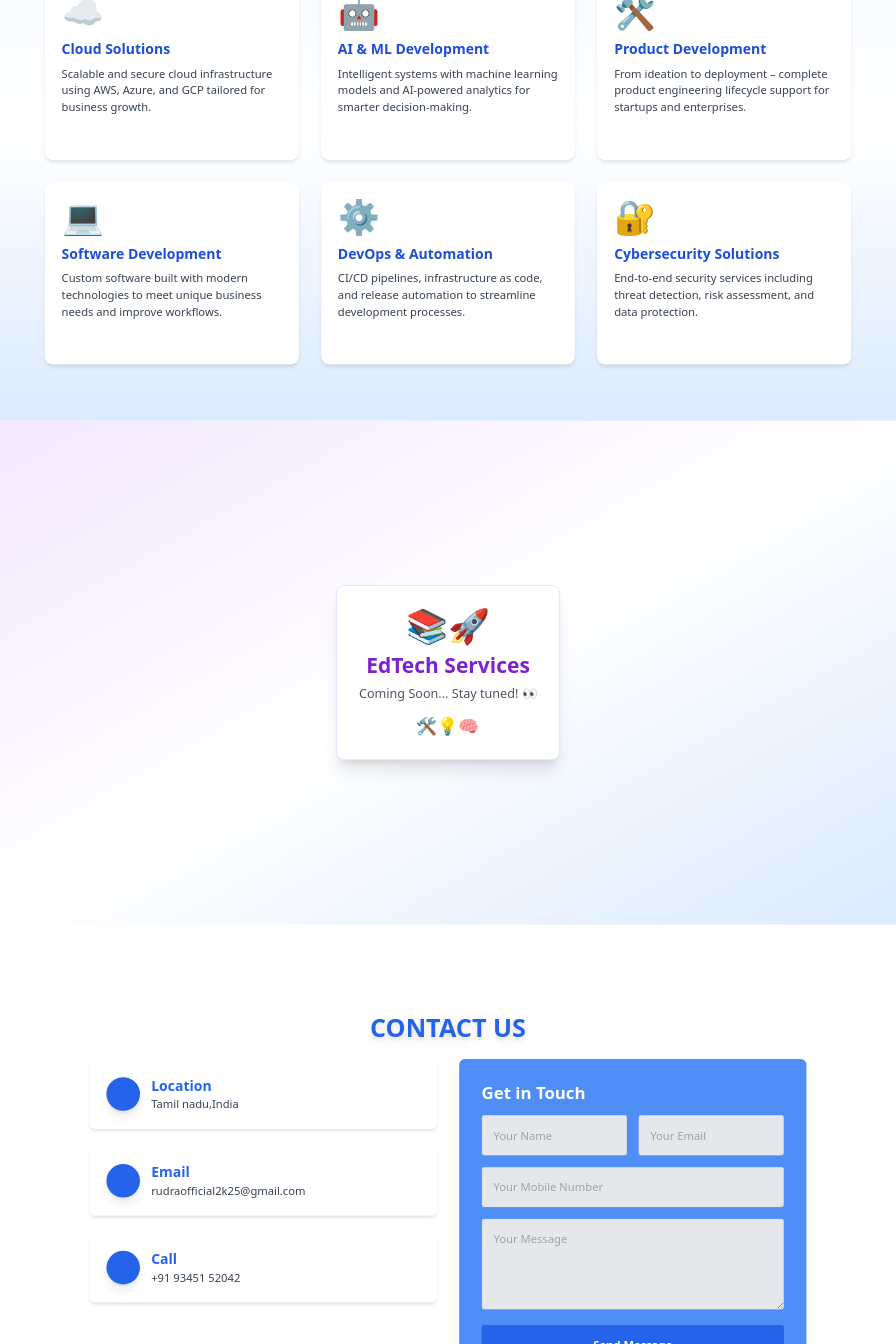
Repository: Rudra-Eswaran/Rudra_Official
Page: /
The author's editor kept a copy of each file at every save. The page is drawn from the files as they stood at one save, then again after the next save.
The browser window is 1280 px wide. The pictures show the part of the page from y = 2507 to 4427 px (the page is 4832 px tall), at 70% of full size.
Some web libraries are served in a nearby version. The project was rebuilt for these pictures with package versions that can differ from the ones it lists, and the page was loaded fresh each time. Also part of the build but not shown: vite.config.js, src/components/Success.jsx, src/components/Failure.jsx.

Above is the page before, as saved 2025-04-16 21:08:00.

### index.html
<!doctype html>
<html lang="en">
  <head>
    <meta charset="UTF-8" />
    <link rel="icon" type="image/svg+xml" href="/vite.svg" />
    <meta name="viewport" content="width=device-width, initial-scale=1.0" />
    <title>Rudra Loading</title>
    <!-- Tailwind CSS CDN -->
<script src="https://cdn.tailwindcss.com"></script>

  </head>
  <body>
    <div id="root"></div>
    <script type="module" src="/src/main.jsx"></script>
  </body>
</html>

### src/App.jsx
import Navbar from "./components/Navbar";
import Footer from "./pages/Footer";
import Contact from "./pages/Contactus";
import Rudrans from "./pages/Rudrans";
import Home from "./pages/Home";
import Products from "./pages/Products";
import Services from "./pages/Services";
import Edtech from "./pages/Edtech";

export default function App() {
  return (
    <>
      <Navbar />

      {/* Add a top margin to push content below the navbar */}
      <div className="mt-[80px]"> {/* Adjust this value based on your navbar height */}

        <Home/>
        <Rudrans />
        <Products/>
        <Services/>
        <Edtech/>
        <Contact />
      </div>

      {/* Footer will be at the bottom */}
      <Footer />
    </>
  );
}

### src/components/Navbar.jsx
import { useState, useEffect } from "react";
import { Link } from "react-router-dom";

const Navbar = () => {
  const [isDropdownOpen, setIsDropdownOpen] = useState(false);
  const [scrolled, setScrolled] = useState(false);

  useEffect(() => {
    const handleScroll = () => {
      setScrolled(window.scrollY > 10);
    };
    window.addEventListener("scroll", handleScroll);
    return () => window.removeEventListener("scroll", handleScroll);
  }, []);

  return (
    <nav
      className={`fixed top-4 left-[15px] right-[15px] z-50 p-4 rounded-xl backdrop-blur-md transition-all duration-300 ease-in-out
        ${scrolled ? "shadow-[0_0_20px_rgba(0,102,255,0.4)]" : "shadow-[0_0_12px_rgba(0,102,255,0.2)]"}`}
    >
      <div className="flex justify-between items-center px-4 md:px-8 bg-transparent">
        {/* Logo */}
        <div className="flex items-center space-x-2">
          <img
            src="path_to_your_logo.gif"
            alt="Logo"
            className="h-12 w-auto transition-transform transform hover:scale-110"
          />
        </div>

        {/* Desktop Menu */}
        <ul className="hidden md:flex space-x-8 text-[17px] font-medium text-blue-800">
          <li>
            <Link to="/" className="hover:text-blue-400 hover:scale-105 transition-all">
              Home
            </Link>
          </li>
          <li>
            <Link to="/portfolio" className="hover:text-blue-400 hover:scale-105 transition-all">
              Portfolio
            </Link>
          </li>
          <li>
            <Link to="/business" className="hover:text-blue-400 hover:scale-105 transition-all">
              Business
            </Link>
          </li>
          <li>
            <Link to="/blog" className="hover:text-blue-400 hover:scale-105 transition-all">
              Blog
            </Link>
          </li>
          <li>
            <Link to="/team" className="hover:text-blue-400 hover:scale-105 transition-all">
              Team
            </Link>
          </li>

          {/* Services Dropdown */}
          <li className="relative">
            <button
              onClick={() => setIsDropdownOpen(!isDropdownOpen)}
              className="flex items-center hover:text-blue-400 hover:scale-105 transition-all"
            >
              Services <span className="ml-1 text-sm">{isDropdownOpen ? "▲" : "▼"}</span>
            </button>
            {isDropdownOpen && (
              <ul className="absolute left-0 mt-2 bg-white border border-blue-200 shadow-xl rounded-md py-2 w-44 animate-fadeIn space-y-2 text-blue-800 z-50">
                <li>
                  <Link
                    to="/products"
                    className="block px-4 py-2 hover:bg-blue-50 hover:text-blue-500 transition-all"
                    onClick={() => setIsDropdownOpen(false)}
                  >
                    Products
                  </Link>
                </li>
                <li>
                  <Link
                    to="/services"
                    className="block px-4 py-2 hover:bg-blue-50 hover:text-blue-500 transition-all"
                    onClick={() => setIsDropdownOpen(false)}
                  >
                    Services
                  </Link>
                </li>
                <li>
                  <Link
                    to="/edtech"
                    className="block px-4 py-2 hover:bg-blue-50 hover:text-blue-500 transition-all"
                    onClick={() => setIsDropdownOpen(false)}
                  >
                    Edtech
                  </Link>
                </li>
              </ul>
            )}
          </li>

          <li>
            <Link to="/contact" className="hover:text-blue-400 hover:scale-105 transition-all">
              Contact
            </Link>
          </li>
        </ul>
      </div>
    </nav>
  );
};

export default Navbar;

### src/pages/Footer.jsx
import React from "react";
import { Link } from "react-router-dom";
import { FaFacebookF, FaTwitter, FaLinkedinIn, FaGithub } from "react-icons/fa"; // Social Media Icons

const Footer = () => {
  return (
    <footer className="bg-blue-600 text-white py-10">
      <div className="container mx-auto px-4">
        <div className="flex flex-col md:flex-row justify-between items-center">
          {/* Logo */}
          <div className="text-center md:text-left mb-6 md:mb-0">
            <img src="path_to_your_logo.gif" alt="Logo" className="h-12 w-auto" />
            <p className="text-xl font-semibold mt-2">Your Company Name</p>
          </div>

          {/* Links */}
          <div className="flex flex-col md:flex-row space-y-4 md:space-y-0 md:space-x-8 text-center md:text-left">
            <div>
              <h4 className="font-bold mb-2">Quick Links</h4>
              <ul>
                <li>
                  <Link to="/" className="hover:text-blue-200">Home</Link>
                </li>
                <li>
                  <Link to="/portfolio" className="hover:text-blue-200">Portfolio</Link>
                </li>
                <li>
                  <Link to="/business" className="hover:text-blue-200">Business</Link>
                </li>
                <li>
                  <Link to="/blog" className="hover:text-blue-200">Blog</Link>
                </li>
                <li>
                  <Link to="/contact" className="hover:text-blue-200">Contact</Link>
                </li>
              </ul>
            </div>

            {/* Contact */}
            <div>
              <h4 className="font-bold mb-2">Contact Us</h4>
              <ul>
                <li>
                  <p className="text-sm">Email: <span className="text-blue-200">info@rudra.com</span></p>
                </li>
                <li>
                  <p className="text-sm">Phone: <span className="text-blue-200">+91 9345152042</span></p>
                </li>
                <li>
                  <p className="text-sm">Address: <span className="text-blue-200">Tamil Nadu, India</span></p>
                </li>
              </ul>
            </div>
          </div>

          {/* Social Media Icons */}
          <div className="mt-6 md:mt-0 flex space-x-4 justify-center">
            <a href="https://facebook.com" target="_blank" rel="noopener noreferrer" className="text-white hover:text-blue-200">
              <FaFacebookF size={20} />
            </a>
            <a href="https://twitter.com" target="_blank" rel="noopener noreferrer" className="text-white hover:text-blue-200">
              <FaTwitter size={20} />
            </a>
            <a href="https://linkedin.com" target="_blank" rel="noopener noreferrer" className="text-white hover:text-blue-200">
              <FaLinkedinIn size={20} />
            </a>
            <a href="https://github.com" target="_blank" rel="noopener noreferrer" className="text-white hover:text-blue-200">
              <FaGithub size={20} />
            </a>
          </div>
        </div>

        {/* Bottom Section */}
        <div className="text-center mt-8">
          <p className="text-sm">&copy; {new Date().getFullYear()} Your Company. All rights reserved.</p>
        </div>
      </div>
    </footer>
  );
};

export default Footer;

### src/pages/Rudrans.jsx
import React, { useState } from 'react';
import teamData from '../teamData.json'; // adjust the path if needed

const Rudrans = () => {
  const [currentIndex, setCurrentIndex] = useState(0);

  const nextSlide = () => {
    setCurrentIndex((prevIndex) => (prevIndex + 1) % teamData.length);
  };

  const prevSlide = () => {
    setCurrentIndex((prevIndex) =>
      prevIndex === 0 ? teamData.length - 1 : prevIndex - 1
    );
  };

  return (
    <div className="relative w-full h-screen bg-gray-200 overflow-hidden">
      <div className="flex justify-center items-center w-full h-full">
        <div className="flex flex-col items-center justify-center bg-white rounded-lg shadow-lg p-8 w-full h-full">
          <img
            src={teamData[currentIndex].photo}
            alt={teamData[currentIndex].name}
            className="w-40 h-40 rounded-full mb-4 object-cover"
          />
          <h2 className="text-3xl font-bold">{teamData[currentIndex].name}</h2>
          <p className="text-xl text-gray-600">{teamData[currentIndex].role}</p>
          <p className="mt-4 text-center text-gray-800">{teamData[currentIndex].bio}</p>
          <div className="mt-4 flex space-x-4">
            <a
              href={teamData[currentIndex].linkedin}
              target="_blank"
              rel="noopener noreferrer"
              className="text-blue-600 hover:underline"
            >
              LinkedIn
            </a>
            <a
              href={teamData[currentIndex].github}
              target="_blank"
              rel="noopener noreferrer"
              className="text-blue-600 hover:underline"
            >
              GitHub
            </a>
          </div>
        </div>
      </div>

      <button
        onClick={prevSlide}
        className="absolute left-0 top-1/2 transform -translate-y-1/2 bg-gray-600 text-white p-4 rounded-full hover:bg-gray-700"
      >
        &#8592;
      </button>

      <button
        onClick={nextSlide}
        className="absolute right-0 top-1/2 transform -translate-y-1/2 bg-gray-600 text-white p-4 rounded-full hover:bg-gray-700"
      >
        &#8594;
      </button>
    </div>
  );
};

export default Rudrans;

### src/pages/Home.jsx
import React from 'react';

const Home = () => {
  return (
    <div className="flex flex-col items-center justify-center min-h-screen bg-gradient-to-br from-blue-100 to-purple-200 text-center">
      {/* Logo / Title */}
      <h1 className="text-5xl md:text-7xl font-extrabold text-gray-800 tracking-widest mb-6">
        RUDRA
      </h1>

      {/* Loading Spinner */}
      <div className="w-16 h-16 border-4 border-blue-500 border-t-transparent rounded-full animate-spin"></div>

      {/* Optional message */}
      <p className="mt-4 text-lg text-gray-600">Coming Soon</p>
    </div>
  );
};

export default Home;

### src/pages/Products.jsx
import React, { useEffect } from 'react';
import AOS from 'aos';
import 'aos/dist/aos.css';
import products from '../productData.json';

const Products = () => {
  useEffect(() => {
    AOS.init({ duration: 1000 });
  }, []);

  return (
    <div className="min-h-screen bg-gradient-to-br from-gray-100 to-blue-50 py-12 px-4 md:px-16">
      <h1 className="text-4xl font-extrabold text-center text-blue-900 mb-12">
        Our Software Products
      </h1>

      <div className="space-y-12">
        {products.map((product, index) => (
          <div
            key={index}
            data-aos="fade-up"
            className="flex flex-col md:flex-row items-center bg-white border border-gray-200 rounded-2xl shadow-lg overflow-hidden hover:shadow-2xl transition-all duration-500"
          >
            {/* Product Image */}
            <img
              src={product.image}
              alt={product.name}
              className="w-full md:w-1/3 h-64 object-cover"
            />

            {/* Product Details */}
            <div className="p-6 md:p-10 w-full md:w-2/3 text-center md:text-left">
              <h2 className="text-2xl font-bold text-gray-800">{product.name}</h2>
              <p className="text-gray-600 mt-3">{product.description}</p>

              {/* Live Demo Button */}
              <div className="mt-6 flex justify-center md:justify-start">
                <a
                  href={product.demo || '#'}
                  target="_blank"
                  rel="noopener noreferrer"
                  className="bg-blue-600 text-white px-6 py-2 rounded-full hover:bg-blue-700 transition-all duration-300"
                >
                  Live Demo
                </a>
              </div>
            </div>
          </div>
        ))}
      </div>
    </div>
  );
};

export default Products;

### src/pages/Services.jsx
import React, { useEffect } from "react";
import AOS from "aos";
import "aos/dist/aos.css";
import servicesData from "../servicesData";

const Services = () => {
  useEffect(() => {
    AOS.init({
      duration: 800,
      offset: 100,
      once: true,
      easing: "ease-in-out",
    });
  }, []);

  return (
    <section
      id="services"
      className="bg-gradient-to-b from-blue-50 via-white to-blue-100 py-20 px-4 min-h-screen"
    >
      <div className="max-w-6xl mx-auto text-center mb-12">
        <h2
          className="text-4xl font-bold text-blue-700 mb-4"
          data-aos="fade-down"
        >
          Our Services
        </h2>
        <p className="text-gray-600 max-w-2xl mx-auto" data-aos="fade-up">
          Explore the wide range of IT services we provide to empower your digital journey.
        </p>
      </div>

      <div className="grid grid-cols-1 sm:grid-cols-2 lg:grid-cols-3 gap-8 max-w-6xl mx-auto">
        {servicesData.map((service, index) => (
          <div
            key={service.id}
            data-aos="zoom-in"
            data-aos-delay={index * 100}
            className="bg-white rounded-xl shadow-md hover:shadow-lg transition-transform transform hover:-translate-y-1 p-6 min-h-[260px]"
          >
            <div className="text-5xl mb-4">{service.icon}</div>
            <h3 className="text-xl font-semibold text-blue-700 mb-2">
              {service.title}
            </h3>
            <p className="text-gray-700">{service.description}</p>
          </div>
        ))}
      </div>
    </section>
  );
};

export default Services;

### src/pages/Edtech.jsx
import React, { useEffect } from "react";
import AOS from "aos";
import "aos/dist/aos.css";

const Edtech = () => {
  useEffect(() => {
    AOS.init({
      duration: 1000,
      once: false,
      mirror: true,
      offset: 100,
    });

    AOS.refresh(); // important!
  }, []);

  return (
    <section
      className="w-full h-screen flex items-center justify-center bg-gradient-to-br from-purple-100 via-white to-blue-100"
      data-aos="fade-up"
    >
      <div className="text-center p-8 rounded-xl bg-white shadow-xl border border-purple-200">
        <div className="text-5xl mb-4">📚🚀</div>
        <h1 className="text-3xl font-bold text-purple-700">EdTech Services</h1>
        <p className="text-lg text-gray-600 mt-2">Coming Soon... Stay tuned! 👀</p>
        <div className="mt-4 text-2xl">🛠️💡🧠</div>
      </div>
    </section>
  );
};

export default Edtech;

### src/Constants.jsx
// constants.js
export const CONTACT_INFO = {
    location: {
      title: "Location",
      text: "Tamil nadu,India",
      icon: "FiMapPin",
    },
    email: {
      title: "Email",
      text: "rudraofficial2k25@gmail.com",
      icon: "FiMail",
    },
    phone: {
      title: "Call",
      text: "+91 93451 52042",
      icon: "FiPhone",
    },
  };

  export const MODAL_MESSAGES = {
    success: {
      title: "Success!",
      message: "Your message has been sent. We'll get back to you soon.",
    },
    error: {
      title: "Error",
      message: "Something went wrong. Please try again later.",
    },
  };

  export const FORM_FIELDS = {
    name: "Your Name",
    email: "Your Email",
    phone: "Your Mobile Number",
    message: "Your Message",
  };

  export const BUTTON_LABELS = {
    send: "Send Message",
    sending: "Sending...",
  };

Loaded but not shown: src/main.jsx (common file); src/servicesData.json (38 lines, source omitted); src/teamData.json (26 lines, source omitted); src/productData.json (20 lines, source omitted); src/pages/Contactus.jsx (206 lines, source omitted)

After the next save:
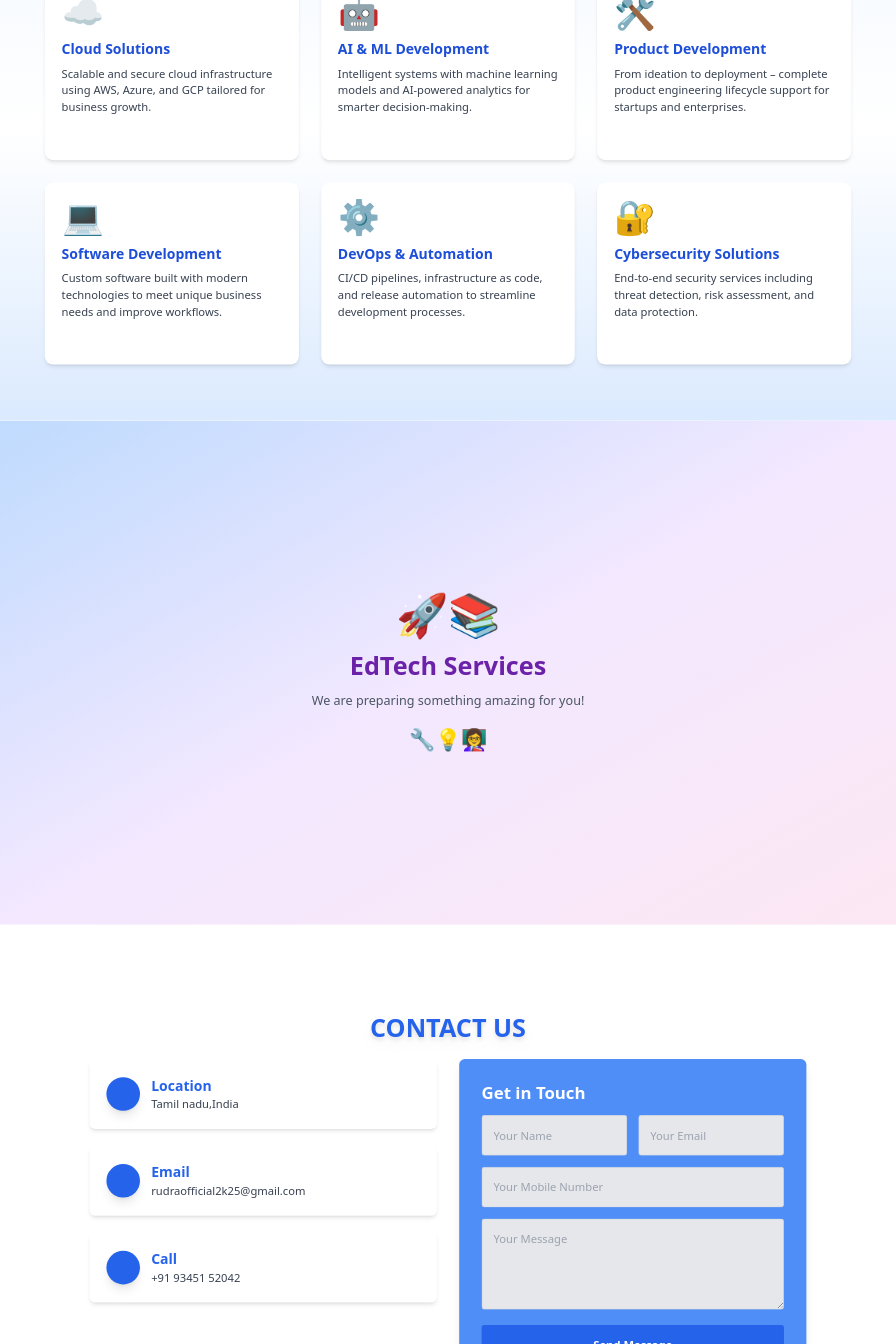
Saved 66 s later.
--- a/src/pages/Edtech.jsx
+++ b/src/pages/Edtech.jsx
@@ -1,8 +1,10 @@
-import React, { useEffect } from "react";
+import React, { useEffect, useState } from "react";
 import AOS from "aos";
 import "aos/dist/aos.css";
 
 const Edtech = () => {
+  const [isLoading, setIsLoading] = useState(true);
+
   useEffect(() => {
     AOS.init({
       duration: 1000,
@@ -11,20 +13,33 @@
       offset: 100,
     });
 
+    // Simulate loading state for 2 seconds (you can adjust this or replace it with your own logic)
+    setTimeout(() => {
+      setIsLoading(false);
+    }, 2000);
+
     AOS.refresh(); // important!
   }, []);
 
   return (
     <section
-      className="w-full h-screen flex items-center justify-center bg-gradient-to-br from-purple-100 via-white to-blue-100"
+      className="w-full h-screen flex items-center justify-center bg-gradient-to-br from-blue-200 via-purple-100 to-pink-100 relative"
       data-aos="fade-up"
     >
-      <div className="text-center p-8 rounded-xl bg-white shadow-xl border border-purple-200">
-        <div className="text-5xl mb-4">📚🚀</div>
-        <h1 className="text-3xl font-bold text-purple-700">EdTech Services</h1>
-        <p className="text-lg text-gray-600 mt-2">Coming Soon... Stay tuned! 👀</p>
-        <div className="mt-4 text-2xl">🛠️💡🧠</div>
-      </div>
+      {/* Loading spinner */}
+      {isLoading ? (
+        <div className="absolute flex flex-col items-center justify-center space-y-4">
+          <div className="spinner-border animate-spin w-16 h-16 border-4 border-t-4 border-t-purple-600 border-gray-300 rounded-full"></div>
+          <p className="text-xl text-purple-800">Loading...</p>
+        </div>
+      ) : (
+        <div className="text-center">
+          <div className="text-6xl mb-6">🚀📚</div>
+          <h1 className="text-4xl font-semibold text-purple-800">EdTech Services</h1>
+          <p className="text-lg text-gray-600 mt-4">We are preparing something amazing for you!</p>
+          <div className="mt-6 text-3xl">🔧💡👩‍🏫</div>
+        </div>
+      )}
     </section>
   );
 };
